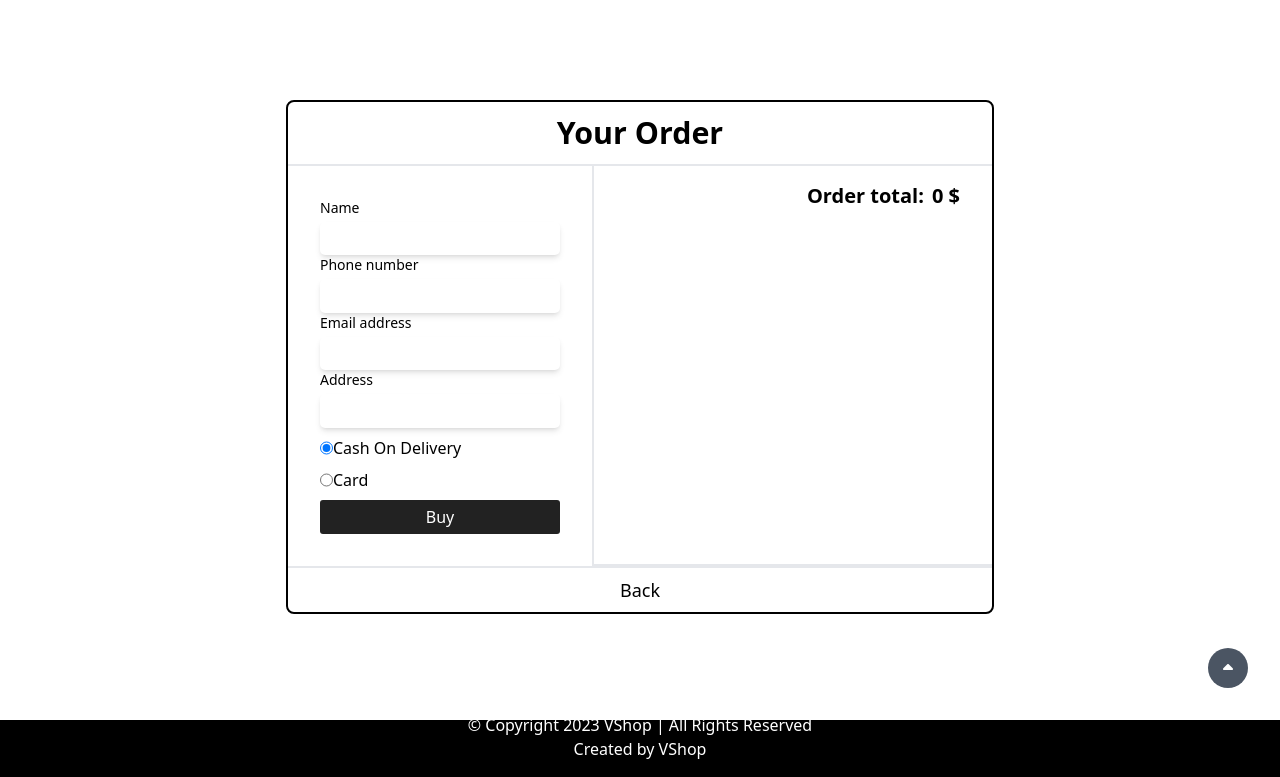
Repository: Kith933UTH/VSHOP
Page: /payment
The author's editor kept a copy of each file at every save. The page is drawn from the files as they stood at one save, then again after the next save.
The browser window is 1280 px wide. The pictures show the whole page.
Pictures or frames that could not be fetched are drawn as grey boxes. The project was rebuilt for these pictures with package versions that can differ from the ones it lists, and the page was loaded fresh each time. Also part of the build but not shown: src/components/product-item/ProductItem.js, src/components/loader/Loader.js, src/constants/constants.js, src/components/product-filters/Category.js, src/components/product-filters/Price.js, src/components/product-filters/Rating.js, src/components/product-filters/ProductFilters.js, src/components/cart-shopping/CartEmpty.js and 21 more.

Above is the page before, as saved 2023-08-05 17:07:25.

After the next save:
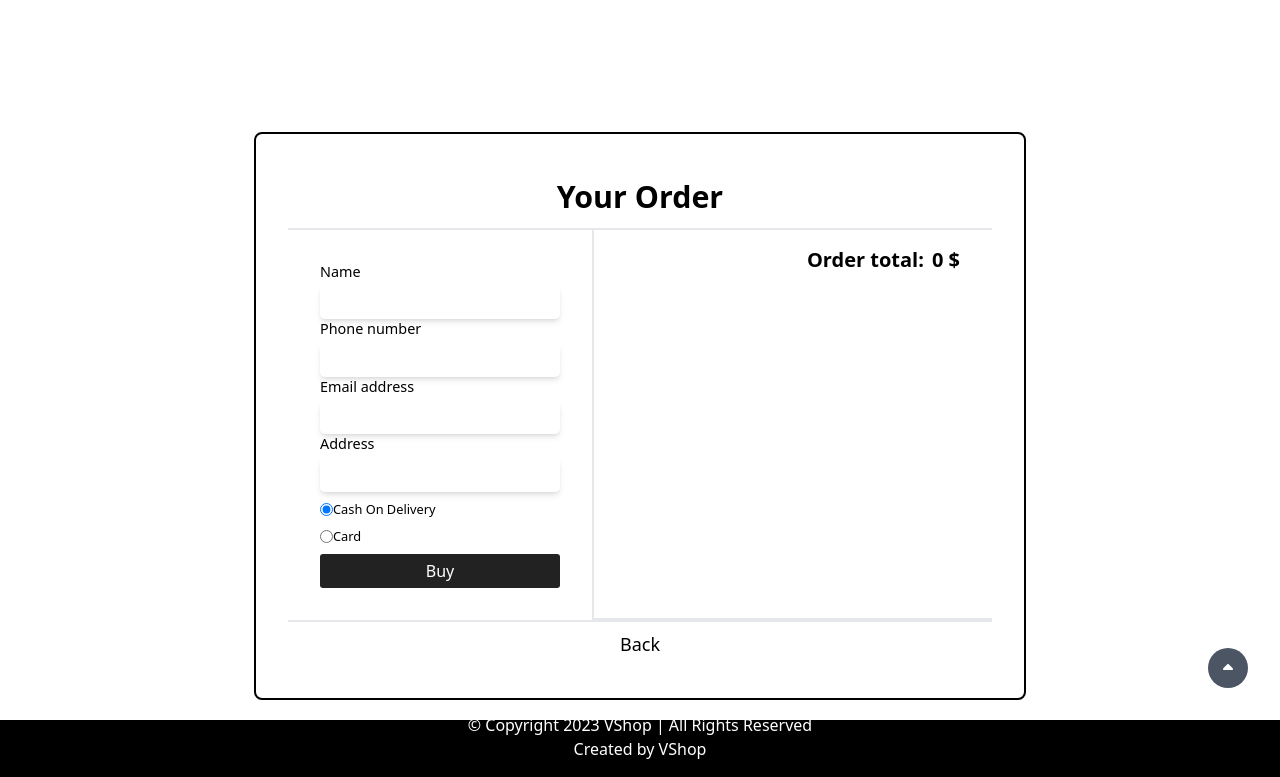
Saved 2 h 32 min later.
--- a/src/components/payment/Payment.js
+++ b/src/components/payment/Payment.js
@@ -24,7 +24,7 @@ export function Payment() {
 
     return (
         <div className="payment-page text-center m-5-auto flex justify-center">
-            <div className="border-2 rounded-lg border-black w-max h-fit">
+            <form className="border-2 rounded-lg border-black w-max h-fit">
             <h2 className="p-2">Your Order</h2>
             <div className="flex flex-col-reverse md:flex-row justify-center border-y-2 border-b-2">
                 <div className="border-none bg-none m-0 border-b-2 inline-block p-8" >
@@ -67,7 +67,7 @@ export function Payment() {
             <footer>
                 <button className="text-lg p-2" onClick={() => navigate(-1)}>Back</button>
             </footer>
-            </div>
+            </form>
         </div>
     )
 }
